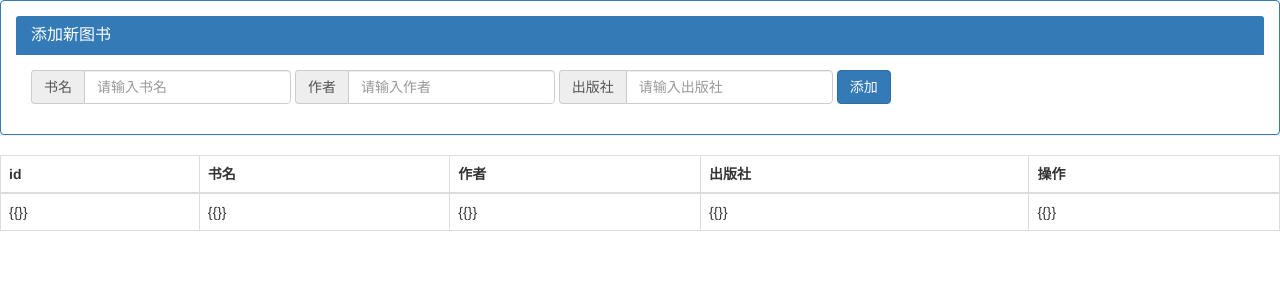
Repository: R1Deemo/ajax
Page: 图书管理.html
These files come from the project's save history. The page is drawn as it stood at one moment and after the next save; the edit follows.
The browser window is 1280 px wide. The pictures show the whole page.

Above is the page before, as saved 2022-10-24 20:03:39.

After the next save:
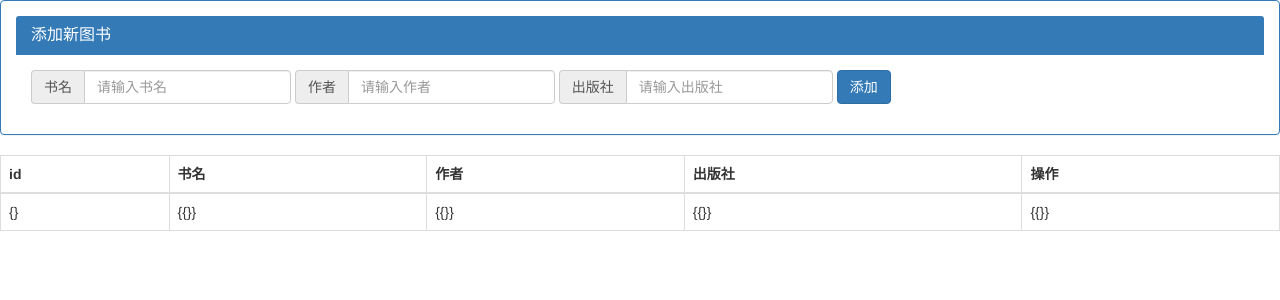
Saved 4 s later.
--- a/图书管理.html
+++ b/图书管理.html
@@ -54,7 +54,7 @@
             </thead>
             <tbody>
                 <tr v-for="item in list">
-                    <td>{{}}</td>
+                    <td>{{item}}</td>
                     <td>{{}}</td>
                     <td>{{}}</td>
                     <td>{{}}</td>
